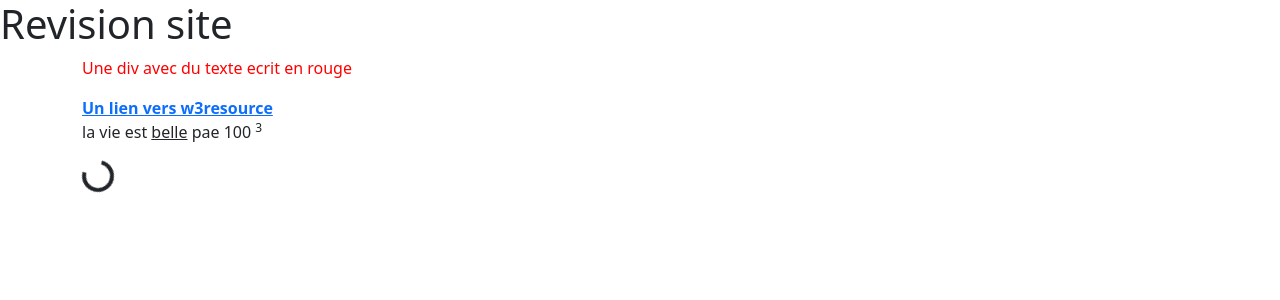
Repository: Elie-Dey/boot-start
Page: index.html
The author's editor kept a copy of each file at every save. The page is drawn from the files as they stood at one save, then again after the next save.
The browser window is 1280 px wide. The pictures show the whole page.

Above is the page before, as saved 2021-08-18 23:26:49.

### index.html
<!DOCTYPE html>
<html lang="en">
  <head>
    <meta charset="UTF-8" />
    <meta http-equiv="X-UA-Compatible" content="IE=edge" />
    <meta name="viewport" content="width=device-width, initial-scale=1.0" />
    <link rel="stylesheet" href="style.css" />
    <link
      href="https://cdn.jsdelivr.net/npm/bootstrap@5.1.0/dist/css/bootstrap.min.css"
      rel="stylesheet"
      integrity="sha384-KyZXEAg3QhqLMpG8r+8fhAXLRk2vvoC2f3B09zVXn8CA5QIVfZOJ3BCsw2P0p/We"
      crossorigin="anonymous"
    />
    <title>Revision html</title>
  </head>
  <body>
    <header><h1>Revision site</h1></header>
    <div class="container">
      <div><p style="color: red">Une div avec du texte ecrit en rouge</p></div>

      <a href="https://www.w3resource.com/html5/article-tutorial.php">
        Un lien vers w3resource</a
      >

      <p>la vie est <ins>belle</ins> pae 100 <sup>3</sup></p>
      <div class="spinner-border" role="status">
        <span class="visually-hidden">Loading...</span>
      </div>
    </div>

    <script
      src="https://cdn.jsdelivr.net/npm/bootstrap@5.1.0/dist/js/bootstrap.bundle.min.js"
      integrity="sha384-U1DAWAznBHeqEIlVSCgzq+c9gqGAJn5c/t99JyeKa9xxaYpSvHU5awsuZVVFIhvj"
      crossorigin="anonymous"
    ></script>
  </body>
</html>

### style.css
body {
  background-color: coral;
}
a {
  font-weight: bold;
}

After the next save:
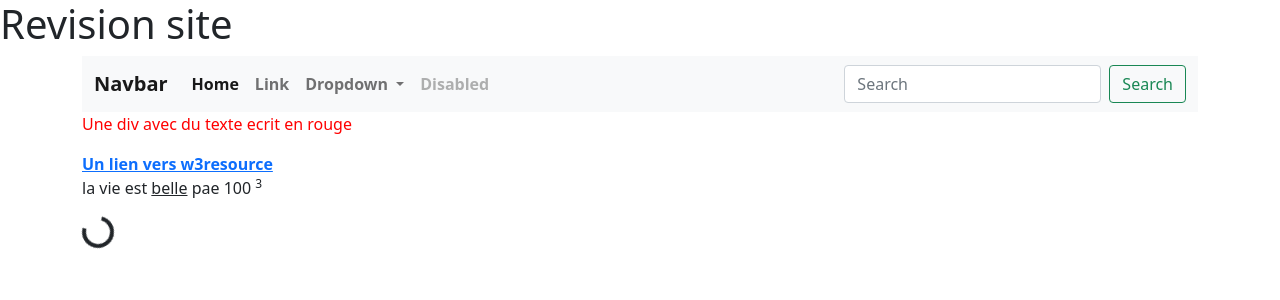
Saved 68 s later.
--- a/index.html
+++ b/index.html
@@ -16,6 +16,72 @@
   <body>
     <header><h1>Revision site</h1></header>
     <div class="container">
+      <nav class="navbar navbar-expand-lg navbar-light bg-light">
+        <div class="container-fluid">
+          <a class="navbar-brand" href="#">Navbar</a>
+          <button
+            class="navbar-toggler"
+            type="button"
+            data-bs-toggle="collapse"
+            data-bs-target="#navbarSupportedContent"
+            aria-controls="navbarSupportedContent"
+            aria-expanded="false"
+            aria-label="Toggle navigation"
+          >
+            <span class="navbar-toggler-icon"></span>
+          </button>
+          <div class="collapse navbar-collapse" id="navbarSupportedContent">
+            <ul class="navbar-nav me-auto mb-2 mb-lg-0">
+              <li class="nav-item">
+                <a class="nav-link active" aria-current="page" href="#">Home</a>
+              </li>
+              <li class="nav-item">
+                <a class="nav-link" href="#">Link</a>
+              </li>
+              <li class="nav-item dropdown">
+                <a
+                  class="nav-link dropdown-toggle"
+                  href="#"
+                  id="navbarDropdown"
+                  role="button"
+                  data-bs-toggle="dropdown"
+                  aria-expanded="false"
+                >
+                  Dropdown
+                </a>
+                <ul class="dropdown-menu" aria-labelledby="navbarDropdown">
+                  <li><a class="dropdown-item" href="#">Action</a></li>
+                  <li><a class="dropdown-item" href="#">Another action</a></li>
+                  <li><hr class="dropdown-divider" /></li>
+                  <li>
+                    <a class="dropdown-item" href="#">Something else here</a>
+                  </li>
+                </ul>
+              </li>
+              <li class="nav-item">
+                <a
+                  class="nav-link disabled"
+                  href="#"
+                  tabindex="-1"
+                  aria-disabled="true"
+                  >Disabled</a
+                >
+              </li>
+            </ul>
+            <form class="d-flex">
+              <input
+                class="form-control me-2"
+                type="search"
+                placeholder="Search"
+                aria-label="Search"
+              />
+              <button class="btn btn-outline-success" type="submit">
+                Search
+              </button>
+            </form>
+          </div>
+        </div>
+      </nav>
       <div><p style="color: red">Une div avec du texte ecrit en rouge</p></div>
 
       <a href="https://www.w3resource.com/html5/article-tutorial.php">
